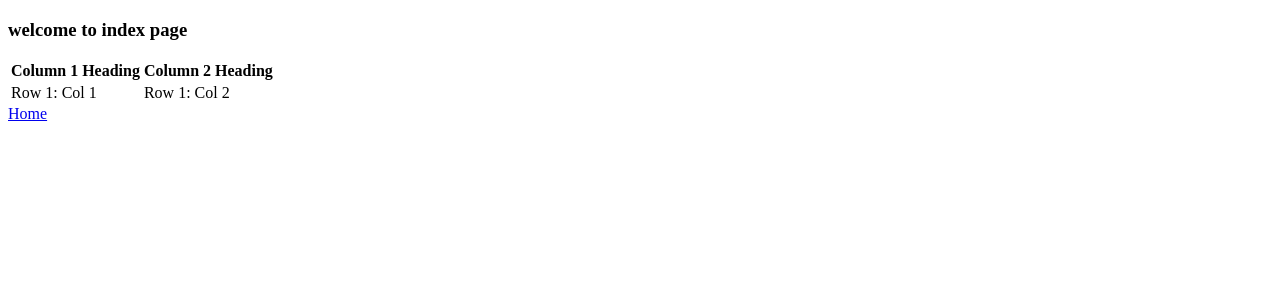
Repository: ShivrajMPujari/Spring_Rest
Page: http://localhost/SpringMVCdemo/
These files come from the project's save history. The page is drawn as it stood at one moment and after the next save; the edit follows.
The browser window is 1280 px wide. The pictures show the whole page.
The page is served by Tomcat 9. Other server files are loaded and not shown.

Above is the page before, as saved 2018-07-25 11:39:33.

### SpringMVCdemo/src/main/webapp/WEB-INF/views/index.jsp
<%@ taglib uri="http://java.sun.com/jsp/jstl/core" prefix="c" %>
<%@ page language="java" contentType="text/html; charset=UTF-8"
    pageEncoding="UTF-8"%>
<!DOCTYPE html>
<html>
<head>
<meta charset="UTF-8">
<title>Insert title here</title>
</head>
<body>

<h3>${message}</h3>

<form action="" method="get">
<table>
  <tr>
    <th>Column 1 Heading</th>
    <th>Column 2 Heading</th>
  </tr>
  <tr>
    <td>Row 1: Col 1</td>
    <td>Row 1: Col 2</td>
  </tr>
</table>


</form>
<a href="home">Home</a>

</body>
</html>

After the next save:
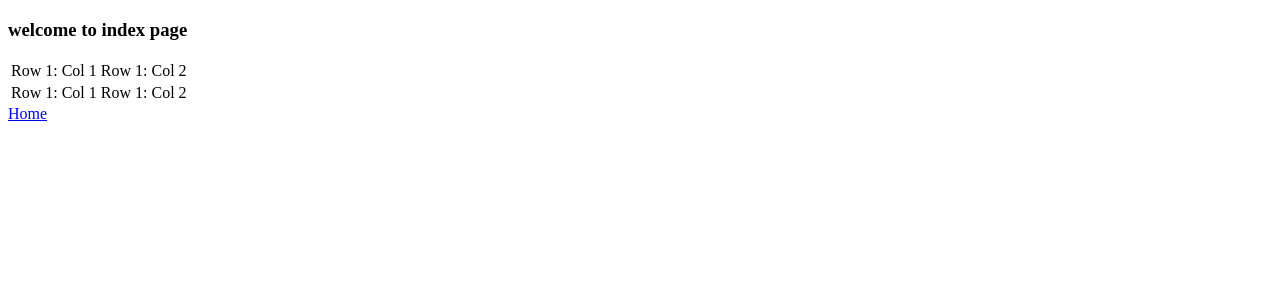
Saved 31 s later.
--- a/SpringMVCdemo/src/main/webapp/WEB-INF/views/index.jsp
+++ b/SpringMVCdemo/src/main/webapp/WEB-INF/views/index.jsp
@@ -14,8 +14,8 @@
 <form action="" method="get">
 <table>
   <tr>
-    <th>Column 1 Heading</th>
-    <th>Column 2 Heading</th>
+  <td>Row 1: Col 1</td>
+  <td>Row 1: Col 2</td>
   </tr>
   <tr>
     <td>Row 1: Col 1</td>
